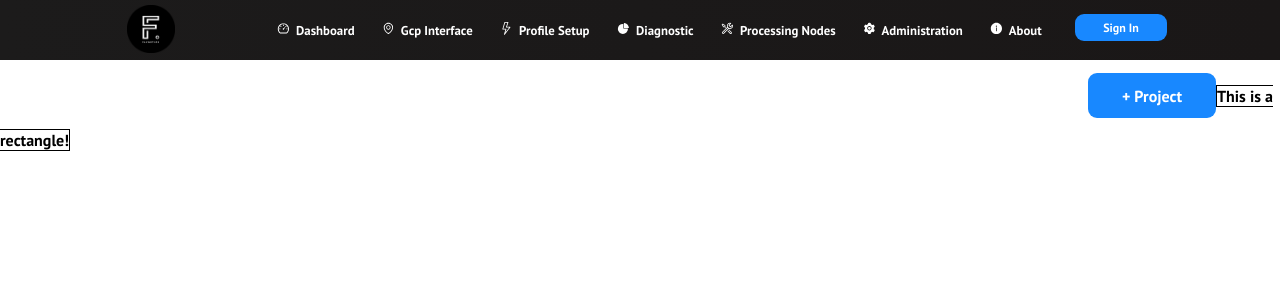
Repository: Akshaykumar1111/akki
Page: /Dashboard
An editor plug-in stored every save of this project. The page is shown before and after the next save, followed by the edit.
The browser window is 1280 px wide. The pictures show the whole page.
Some web libraries are served in a nearby version. The project was rebuilt for these pictures with package versions that can differ from the ones it lists, and the page was loaded fresh each time. Also part of the build but not shown: src/components/pages/Administration.css, src/components/pages/Administration.js, src/components/pages/Diagnostic.js, src/components/pages/ProfileSetup.js, src/components/pages/GcpInterface.js, src/components/pages/ProcessingNodes.js, src/components/pages/About.js, src/components/pages/Popup.css and 7 more.

Above is the page before, as saved 2022-10-20 10:46:33.

After the next save:
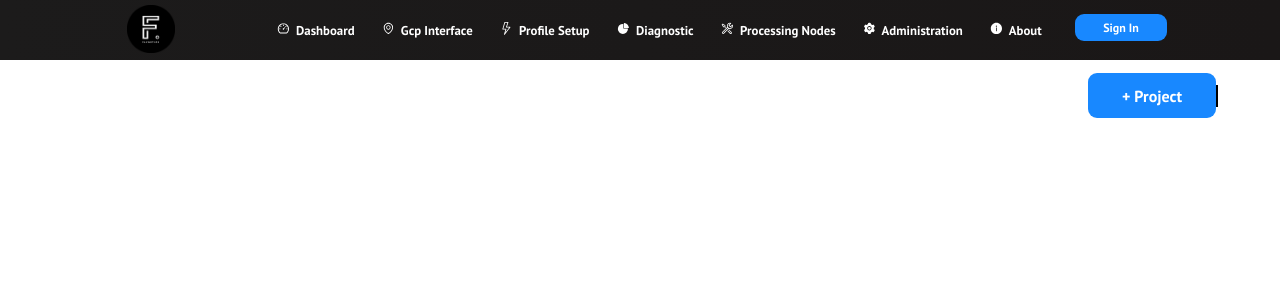
Saved 3 min 55 s later.
--- a/src/components/pages/Dashboard.js
+++ b/src/components/pages/Dashboard.js
@@ -8,7 +8,7 @@ export default function Dashboard() {
   return ( <>
 
   <button type="button" className='btn projectbtn'>+ Project</button>
-  <div11>This is a rectangle! </div11>
+  <div11></div11>
   </>
   )
  }
